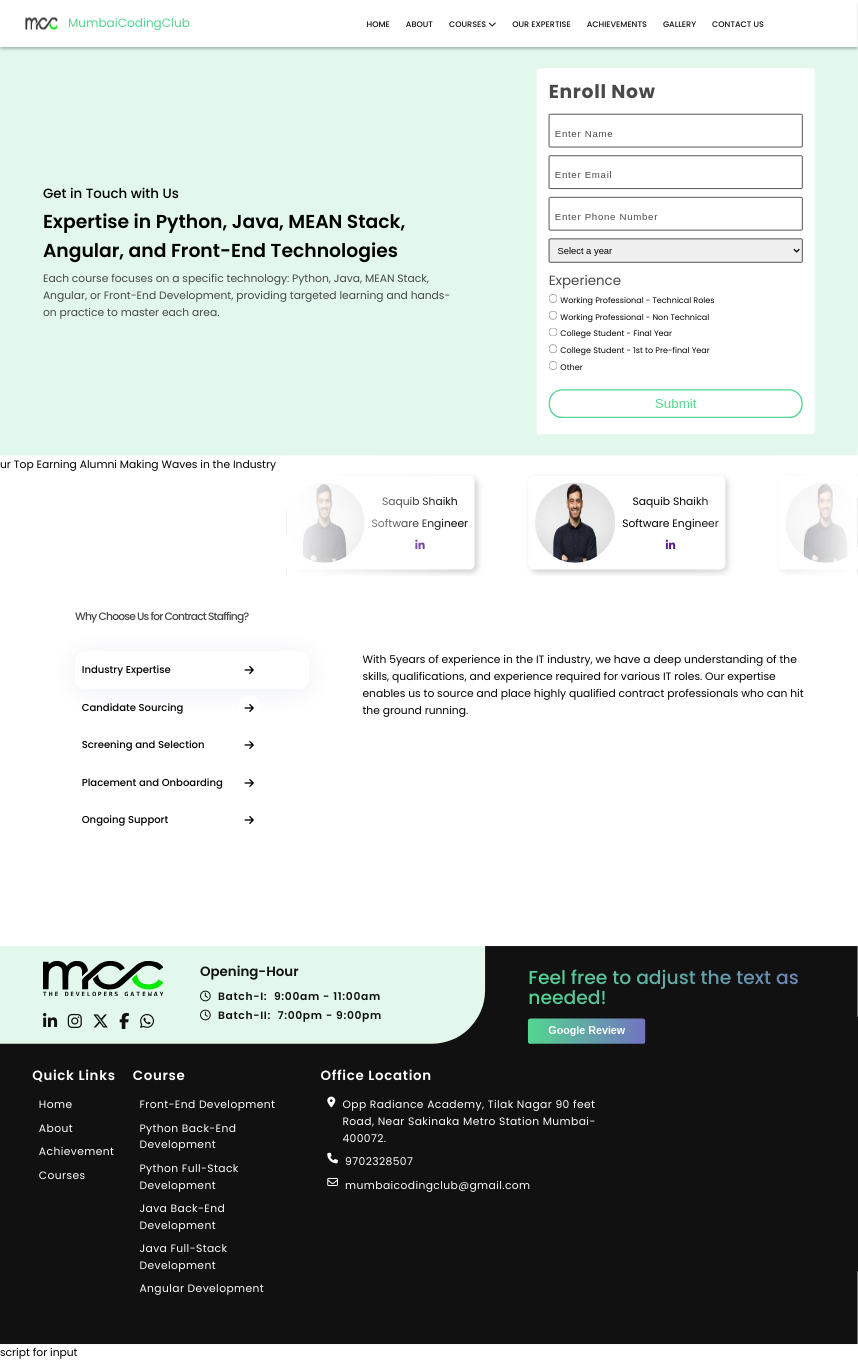
Repository: msmsa2001/mcc-theme
Page: contact.html
These files come from the project's save history. The page is drawn as it stood at one moment and after the next save; the edit follows.
The browser window is 1280 px wide. The pictures show the whole page, at 67% of full size.
Pictures or frames that could not be fetched are drawn as grey boxes.

Above is the page before, as saved 2024-07-26 03:18:26.
Console error: TypeError: Cannot read properties of null (reading 'querySelector')

### contact.html
<!DOCTYPE html>
<html lang="en">
<head>
    <meta charset="UTF-8">
    <meta name="viewport" content="width=device-width, initial-scale=1.0">
    <title>Contact</title>
    <link rel="stylesheet" href="global.css">
    <link rel="stylesheet" href="contact.css">
    <link rel="stylesheet" href="https://cdnjs.cloudflare.com/ajax/libs/font-awesome/6.5.2/css/all.min.css" integrity="sha512-SnH5WK+bZxgPHs44uWIX+LLJAJ9/2PkPKZ5QiAj6Ta86w+fsb2TkcmfRyVX3pBnMFcV7oQPJkl9QevSCWr3W6A==" crossorigin="anonymous" referrerpolicy="no-referrer" />

</head>
<body>
    <nav>
        <div class="wrapper-nav">
            <div class="logo"><a href="index.html"><img src="assests/favicon.png" alt="">MumbaiCodingClub</a></div>
            <input type="radio" name="slider" id="menu-btn">
            <input type="radio" name="slider" id="close-btn">
            <ul class="nav-links">
                <label for="close-btn" class="btn close-btn"><i class="fas fa-times"></i></label>
                <li><a href="index.html">HOME</a></li>
                <li><a href="about.html">ABOUT</a></li>
                <li>
                    <a href="#" class="desktop-item">COURSES <i class="fa-solid fa-chevron-down"></i></a>
                    <input type="checkbox" id="showServicesDrop">
                    <label for="showServicesDrop" class="mobile-item">COURSES</label>
                    <ul class="drop-menu">
                        <li><a href="course.html">Front-End Development</a></li>
                        <li><a href="xI.html">Back-End Python Development</a></li>
                        <li><a href="xII.html">Full-Stack Python Development</a></li>
                        <li><a href="neet.html">Angular</a></li>
                        <li><a href="dropers.html">Back-End Java Development</a></li>
                        <li><a href="Integrated.html">Full-Stack Java Development</a></li>
                        <li><a href="repeater.html">MEAN</a></li>
                    </ul>
                </li>
                <li><a href="gallery.html">Our Expertise</a></li>
                <li><a href="achievement.html">ACHIEVEMENTS</a></li>
                <li><a href="gallery.html">GALLERY</a></li>
                <li><a href="contact.html">CONTACT US</a></li>
            </ul>
            <label for="menu-btn" class="btn menu-btn"><i class="fas fa-bars"></i></label>
        </div>
    </nav>

    <div class="container1">
        <div class="sec1">
            <h3>Get in Touch with Us</h3>
            <h1>Expertise in Python, Java, MEAN Stack, Angular, and Front-End Technologies</h1>
            <p>Each course focuses on a specific technology: Python, Java, MEAN Stack, Angular, or Front-End Development, providing targeted learning and hands-on practice to master each area.

            </p>
        </div>
        <div class="sec2">
            <form action="">
                <h2>Enroll Now</h2>
                <input type="text" name="fullname" id="name" placeholder="Enter Name">
                <input type="email" name="email" id="email" placeholder="Enter Email">
                <input type="phone" name="phone" id="phone" placeholder="Enter Phone Number">
                <select id="year" name="year">
                    <option value="" disabled selected>Select a year</option>
                </select>
                <div class="experience">
                    <label id="experience">Experience</label>
                    <div class="radio-sec">
                    <input type="radio" name="experience" id="tech_role" value="Working Professional - Technical Roles">
                    <label for="">Working Professional - Technical Roles</label>
                </div>

                <div class="radio-sec">
                    <input type="radio" name="experience" id="none_tect_role" value="Working Professional - Non Technical">
                    <label for="">Working Professional - Non Technical</label>
                </div>

                <div class="radio-sec">
                    <input type="radio" name="experience" id="final_year" value="College Student - Final Year">
                    <label for="">College Student - Final Year</label>
                </div>

                <div class="radio-sec">
                    <input type="radio" name="experience" id="pre-finale_year" value="College Student - 1st to Pre-final Year">
                    <label for="">College Student - 1st to Pre-final Year</label>
                </div>
                <div class="radio-sec">
                    <input type="radio" name="experience" id="other" value="Other">
                    <label for="">Other</label>
                </div>

                </div>

                <button>Submit</button>

            </form>
        </div>
    </div>

    <div class="container2">
        <div class="title">
            <p>ur Top Earning Alumni Making Waves in the Industry</p>
        </div>
    <div class="logos">
        <div class="logos-slide">

            <div class="card1">
                <img src="assests/person.jpg" alt="">
                <div class="content">
                    <p class="name">Saquib Shaikh</p>
                    <p class="designation">Software Engineer</p>
                    <a href=""><i class="fa-brands fa-linkedin-in"></i></a>
                </div>
            </div>

            <div class="card1">
                <img src="assests/person.jpg" alt="">
                <div class="content">
                    <p class="name">Saquib Shaikh</p>
                    <p class="designation">Software Engineer</p>
                    <a href=""><i class="fa-brands fa-linkedin-in"></i></a>
                </div>
            </div>


            <div class="card1">
                <img src="assests/person.jpg" alt="">
                <div class="content">
                    <p class="name">Saquib Shaikh</p>
                    <p class="designation">Software Engineer</p>
                    <a href=""><i class="fa-brands fa-linkedin-in"></i></a>
                </div>
            </div>


            <div class="card1">
                <img src="assests/person.jpg" alt="">
                <div class="content">
                    <p class="name">Saquib Shaikh</p>
                    <p class="designation">Software Engineer</p>
                    <a href=""><i class="fa-brands fa-linkedin-in"></i></a>
                </div>
            </div>


            <div class="card1">
                <img src="assests/person.jpg" alt="">
                <div class="content">
                    <p class="name">Saquib Shaikh</p>
                    <p class="designation">Software Engineer</p>
                    <a href=""><i class="fa-brands fa-linkedin-in"></i></a>
                </div>
            </div>

            <div class="card1">
                <img src="assests/person.jpg" alt="">
                <div class="content">
                    <p class="name">Saquib Shaikh</p>
                    <p class="designation">Software Engineer</p>
                    <a href=""><i class="fa-brands fa-linkedin-in"></i></a>
                </div>
            </div>

            <div class="card1">
                <img src="assests/person.jpg" alt="">
                <div class="content">
                    <p class="name">Saquib Shaikh</p>
                    <p class="designation">Software Engineer</p>
                    <a href=""><i class="fa-brands fa-linkedin-in"></i></a>
                </div>
            </div>

            <div class="card1">
                <img src="assests/person.jpg" alt="">
                <div class="content">
                    <p class="name">Saquib Shaikh</p>
                    <p class="designation">Software Engineer</p>
                    <a href=""><i class="fa-brands fa-linkedin-in"></i></a>
                </div>
            </div>
        </div>
      </div>
    </div>
    <div class="container8">
        <p class="title">Why Choose Us for Contract Staffing?</p>
        <div class="inner-sec">
        <div class="sec-1">
            <div class="row1 tab-button active" data-tab="tab1" onclick="openTab('tab1')">
                <p class="content">Industry Expertise</p>
                <i class="fa-solid fa-arrow-right"></i>
            </div>
            <div class="row1 tab-button" data-tab="tab2" onclick="openTab('tab2')">
                <p class="content">Candidate Sourcing </p>
                <i class="fa-solid fa-arrow-right"></i>
            </div>
            <div class="row1 tab-button" data-tab="tab3" onclick="openTab('tab3')">
                <p class="content">Screening and Selection</p>
                <i class="fa-solid fa-arrow-right"></i>
            </div>
            <div class="row1 tab-button" data-tab="tab4" onclick="openTab('tab4')">
                <p class="content">Placement and Onboarding </p>
                <i class="fa-solid fa-arrow-right"></i>
            </div>
            <div class="row1 tab-button" data-tab="tab5" onclick="openTab('tab5')">
                <p class="content">Ongoing Support </p>
                <i class="fa-solid fa-arrow-right"></i>
            </div>
        </div>
        <div class="sec-2">
           <p id="tab1" class="tab active"> With 5years of experience in the IT industry, we have a deep understanding of the skills, qualifications, and experience required for various IT roles. Our expertise enables us to source and place highly qualified contract professionals who can hit the ground running.</p>
           <p id="tab2" class="tab">Leveraging our extensive network of IT professionals, we have access to a diverse talent pool comprising developers, engineers, analysts, project managers, and more. Whether you need temporary staff for a specific project or to cover peak workloads, we have the resources to meet your needs.</p>
           <p id="tab3" class="tab">We recognize the importance of agility and flexibility in today's fast-paced business environment. Our contract staffing solutions allow you to scale your workforce up or down quickly in response to changing business demands, without the long-term commitment of permanent hires.</p>
           <p id="tab4" class="tab">Contract staffing offers a cost-effective solution for managing fluctuating workloads and specialized projects. By hiring contract professionals on a temporary basis, you can avoid the overhead costs associated with full-time employees, such as benefits, training, and severance.</p>
           <p id="tab5" class="tab">Our streamlined recruitment process ensures a seamless experience from job requisition to candidate placement. We handle all aspects of the staffing process, including sourcing, screening, interviewing, onboarding, and payroll administration, allowing you to focus on your core business priorities.</p>
        </div>
    </div>
    </div>
    <footer>
        <div class="section1">
        <div class="content">
          <div class="sec">
            <div class="sec-logo">
            <img src="assests/logos/MCC logo.svg" alt="">
            <div class="row2">
              <i class="fa-brands fa-linkedin-in"></i>
              <i class="fa-brands fa-instagram"></i>
              <i class="fa-brands fa-x-twitter"></i>
              <i class="fa-brands fa-facebook-f"></i>
              <i class="fa-brands fa-whatsapp"></i>
            </div>
          </div>
            <div class="sec-content">
              <p>Opening-Hour</p>
              <div class="row"><i class="fa-regular fa-clock"></i> Batch-I: <span>9:00am - 11:00am </span>
              </div>
              <div class="row"><i class="fa-regular fa-clock"></i> Batch-II: <span>7:00pm - 9:00pm </span>
              </div>

            </div>
          </div>
        </div>
        <div class="google-review">
        <p>Feel free to adjust the text as needed!</p>
        <button>Google Review</button>
      </div>
      </div>

        <div class="links">
        <div class="col">
          <p>Quick Links</p>
          <ul>
            <li><a href="">Home</a></li>
            <li><a href="">About</a></li>
            <li><a href="">Achievement</a></li>
            <li><a href="">Courses</a></li>
          </ul>
        </div>

        <div class="col">
          <p>Course</p>
          <ul>
            <li><a href="">Front-End Development</a></li>
            <li><a href="">Python Back-End Development</a></li>
            <li><a href="">Python Full-Stack Development</a></li>
            <li><a href="">Java Back-End Development</a></li>
            <li><a href="">Java Full-Stack Development</a></li>
            <li><a href="">Angular Development</a></li>
          </ul>
        </div>

        <div class="col">
          <p>Office Location</p>
          <ul class="location">
            <li><a href=""><i class="fa-solid fa-location-dot"></i>
            <p>Opp Radiance Academy, Tilak Nagar 90 feet Road, Near Sakinaka Metro Station Mumbai-400072.</p></a></li>
            <li><a href=""><i class="fa-solid fa-phone"></i>9702328507</a></li>
            <li><a href=""><i class="fa-regular fa-envelope"></i>mumbaicodingclub@gmail.com</a></li>
          </ul>
        </div>
        <iframe src="https://www.google.com/maps/embed?pb=!1m18!1m12!1m3!1d7540.350352211677!2d72.88528653657487!3d19.099969516685178!2m3!1f0!2f0!3f0!3m2!1i1024!2i768!4f13.1!3m3!1m2!1s0x3be7c87a7b146d75%3A0x76380d8179575d82!2sLokmanya%20Tilak%20Nagar%2C%20Saki%20Naka%2C%20Mumbai%2C%20Maharashtra!5e0!3m2!1sen!2sin!4v1721714563501!5m2!1sen!2sin" width="300" height="400" style="border:0;" allowfullscreen="" loading="lazy" referrerpolicy="no-referrer-when-downgrade"></iframe>
      </footer>


      script for input
      <script>
        // Get all input fields
        const inputs = document.querySelectorAll('.input');

        // Add event listener to each input field
        inputs.forEach(input => {
            // When input field receives focus (typing begins)
            input.addEventListener('focus', function() {
                // Change bottom border color
                this.style.borderBottomColor = 'black';
                this.style.fontSize='12px'
            });

            // When input field loses focus (typing ends)
            input.addEventListener('blur', function() {
                // Change bottom border color back to default
                this.style.borderBottomColor = 'black';
            });
        });
    </script>

      <script>
        const startYear = 2000;
        const endYear = 2030;
        const yearDropdown = document.getElementById('year');

        for (let year = startYear; year <= endYear; year++) {
          const option = document.createElement('option');
          option.value = year;
          option.text = year;
          yearDropdown.appendChild(option);
        }
      </script>
      <script src="mcc.js"></script>
</body>
</html>

### contact.css
@import url('https://fonts.googleapis.com/css2?family=Poppins:ital,wght@0,100;0,200;0,300;0,400;0,500;0,600;0,700;0,800;0,900;1,100;1,200;1,300;1,400;1,500;1,600;1,700;1,800;1,900&display=swap');
*{
    margin: 0;
    padding: 0;
    box-sizing: border-box;
}
:root{
    --color1:#E8F7F2;
    --color2: #E2F8EC;
    --text-color:#53D690;
    --text-color2:#7273C1;
    --black-color:rgb(17, 17, 17);
    --font-size1: 20px;
    --font-size2:28px;
    --font-size3: 38px;
    --font-size4:14px;
    --font-size4:16px;
    --white-color1:#F7F1FD;
    --white-color2:rgba(255, 255, 255, 0.9);
    --black-color1:#363434e6;
}
body{
    overflow-x: hidden;
    font-family: 'poppins';
}

.container1{
    position: relative;
    background: var(--color2);
    display: flex;
    justify-content: center;
    align-items: center;
    /* height: 90vh; */
    padding: 2rem 4rem 2rem;
    gap: 2rem;
}
.container1 .sec1{
    padding-right: 5rem;
}
.container1 .sec1 h3{
    font-size: var(--font-size1);
    font-weight: 500;
}
.container1 .sec1 p{
    color: var(--black-color1);
    font-size: var(--font-size4);
}
.container1 .sec1 h1{
    font-size: var(--font-size2);
    font-weight: 600;
    margin: 8px 0;
}
.container1 .sec2 form{
    background: #fff;
    padding: 14px 18px;
    width: max-content;
    display: flex;
    flex-direction: column;
    gap: 12px;
    border-radius: 4px;
}
.container1 .sec2 form input, .container1 .sec2 form select{
    padding: 8px;
    border: 1px solid black;
    border-radius: 2px;
    font-size: 14px;
}
.container1 .sec2 form input::placeholder, .container1 .sec2 form select::placeholder,.container1 .sec2 form option{
    font-size: 14.50px;
    color: var(--black-color1);
}
.container1 .sec2 form input, .container1 .sec2 h2{
    letter-spacing: 1px;
    font-size: var(--font-size2);
    color: var(--black-color1);
}
.container1 .sec2 form .experience label{
    font-size: 12px;

}
.container1 .sec2 form #experience{
    font-size: var(--font-size1);
    color: var(--black-color1);
    margin: 15px 0;
}
.container1 .sec2 form button{
    width: auto;
    background: #fff;
    padding: 8px;
    border-radius: 20px;
    color: var(--text-color);
    font-size: 20px;
    margin: 10px 0;
    font-weight: 500;
    border: 2px solid var(--text-color);
    cursor: pointer;
}




.container2{
    display: grid;
    grid-template-columns: auto auto;
    gap: 1rem;
}
.logos {
    overflow: hidden;
    padding: 30px 0 0;
    background: white;
    white-space: nowrap;
    position: relative;
    display: grid;
    grid-template-columns: repeat(auto-fit, minmax(200px, 1fr));
}

.logos .logos-slide .card1{
    background: #fff;
    box-shadow: 4px 4px 10px rgba(0, 0, 0, 0.2);
    padding: 10px;
    margin-bottom: 10px;
    display: flex;
    gap: 10px;
    border-radius: 8px;
}
.logos .logos-slide .card1 img{
    border-radius: 50%;
    width: 120px;
    height: 120px;
}
.logos .logos-slide .card1 .content{
    display: flex;
    justify-content: center;
    align-items: center;
    flex-direction: column;
    gap: 8px;
}
.logos:before,
.logos:after {
    position: absolute;
    top: 0;
    width: 250px;
    height: 100%;
    content: "";
    z-index: 2;
}

.logos:before {
    left: 0;
    background: linear-gradient(to left, rgba(255, 255, 255, 0), white);
}

.logos:after {
    right: 0;
    background: linear-gradient(to right, rgba(255, 255, 255, 0), white);
}

.logos-slide {
    display: flex;
    width: max-content;
    animation: 35s slide infinite linear;
}

.card1 {
    display: inline-block;
    margin: 0 40px;
}

.card1 img {
    width: 170px;
}

@media screen and (max-width: 800px) {
    .card1 img {
        width: 150px;
        margin: 0 30px;
    }

    .logos:before {
        left: 0;
        background: none;
    }

    .logos:after {
        right: 0;
        background: none;
    }
}

@media screen and (max-width: 500px) {
    .card1 img {
        width: 90px;
        margin: 0 20px;
    }
}

@keyframes slide {
    0% {
        transform: translateX(0);
    }
    100% {
        transform: translateX(-100%);
    }
}


.container8 {
    padding: 2.3rem 5rem 8rem 7rem;
  }
  .container8 .inner-sec {
    display: grid;
    grid-template-columns: auto auto;
    gap: 5rem;
    padding-bottom: 2rem;
  }
  .container8 .inner-sec .sec-1 .row1 {
    display: flex;
    align-items: center;
    justify-content: space-between;
    gap: 1.4rem;
    padding: 10px 4.5rem 10px 10px;
    transition: all 0.2s;
    cursor: pointer;
  }
  .container8 .inner-sec .sec-1 .row1 i {
    background-color: #fff;
    padding: 10px;
    border-radius: 50%;
    font-size: 16px;
  }
  .container8 .inner-sec .row1 .content {
    font-size: 15px;
    font-weight: 500;
    color: #000000;
  }
  .container8 .title {
    color: var(--black-color1);
    font-size: var(--titleSize);
    font-weight: 500;
    line-height: 45px;
    letter-spacing: -1.2px;
    padding: 0 2rem 30px 0;
  }
  .container8 .inner-sec .sec-2 .para {
    color: #000;
    font-size: 18px;
    line-height: 34px;
  }
  .container8 .inner-sec .sec-1 .row1:hover {
    background-color: #fff;
    border-radius: 14px;
    box-shadow: 0 4px 40px 0 rgba(1, 41, 112, 0.08);
  }
  .tab {
    display: none;
  }
  .tab.active {
    display: block;
  }
  .tab-button.active {
    box-shadow: 0 4px 40px 0 rgba(1, 41, 112, 0.08);
    background-color: #fff;
    border-radius: 14px;

  }
  .tab-button {
    cursor: pointer;
  }
  .tab-container {
    margin-bottom: 20px;
  }

Loaded but not shown: mcc.js (65 lines, source omitted); global.css (432 lines, source omitted)

After the next save:
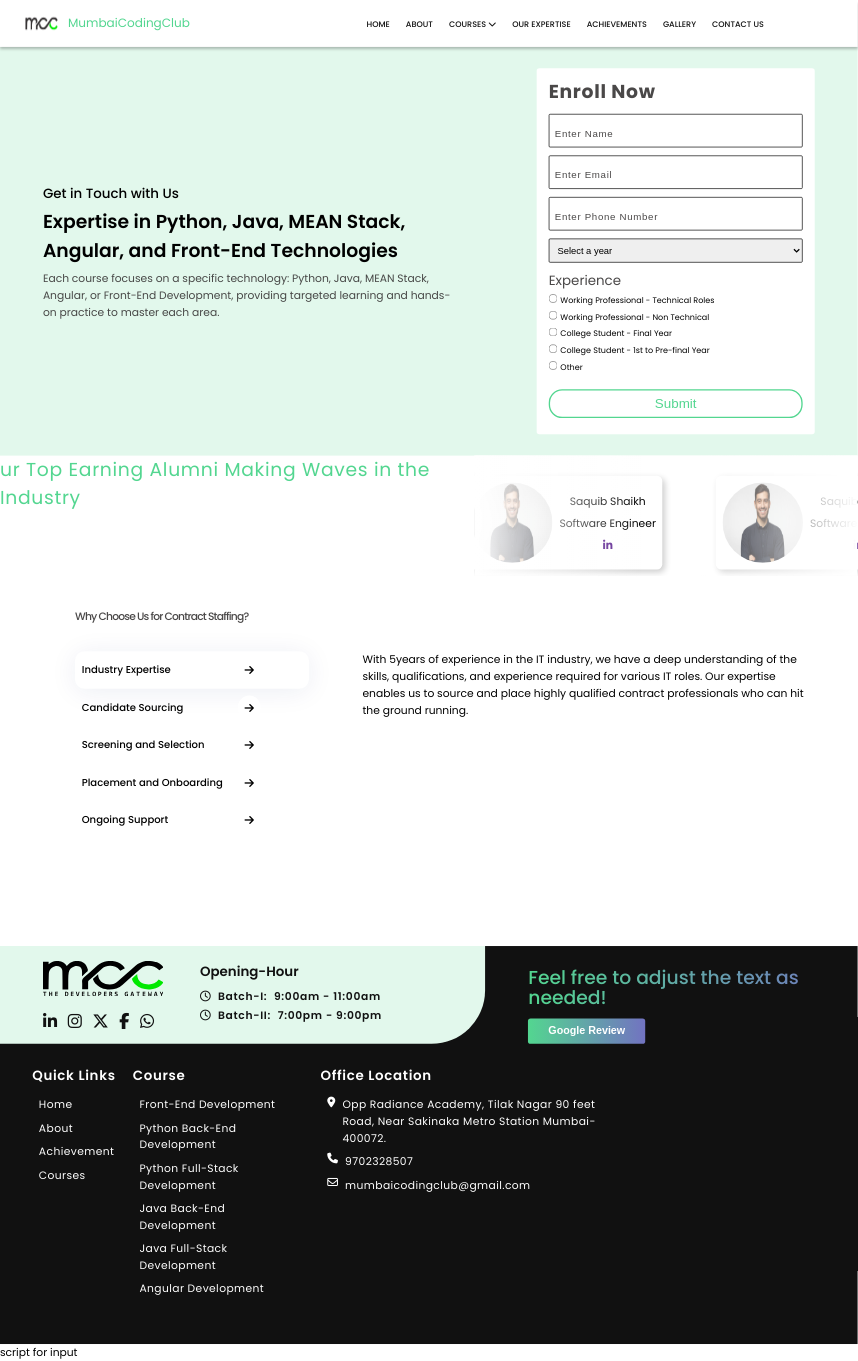
Saved 34 s later.
--- a/contact.css
+++ b/contact.css
@@ -104,6 +104,11 @@ body{
     grid-template-columns: auto auto;
     gap: 1rem;
 }
+.container2 .title p{
+font-size: var(--font-size2);
+letter-spacing: 1px;
+color: var(--text-color);
+}
 .logos {
     overflow: hidden;
     padding: 30px 0 0;
